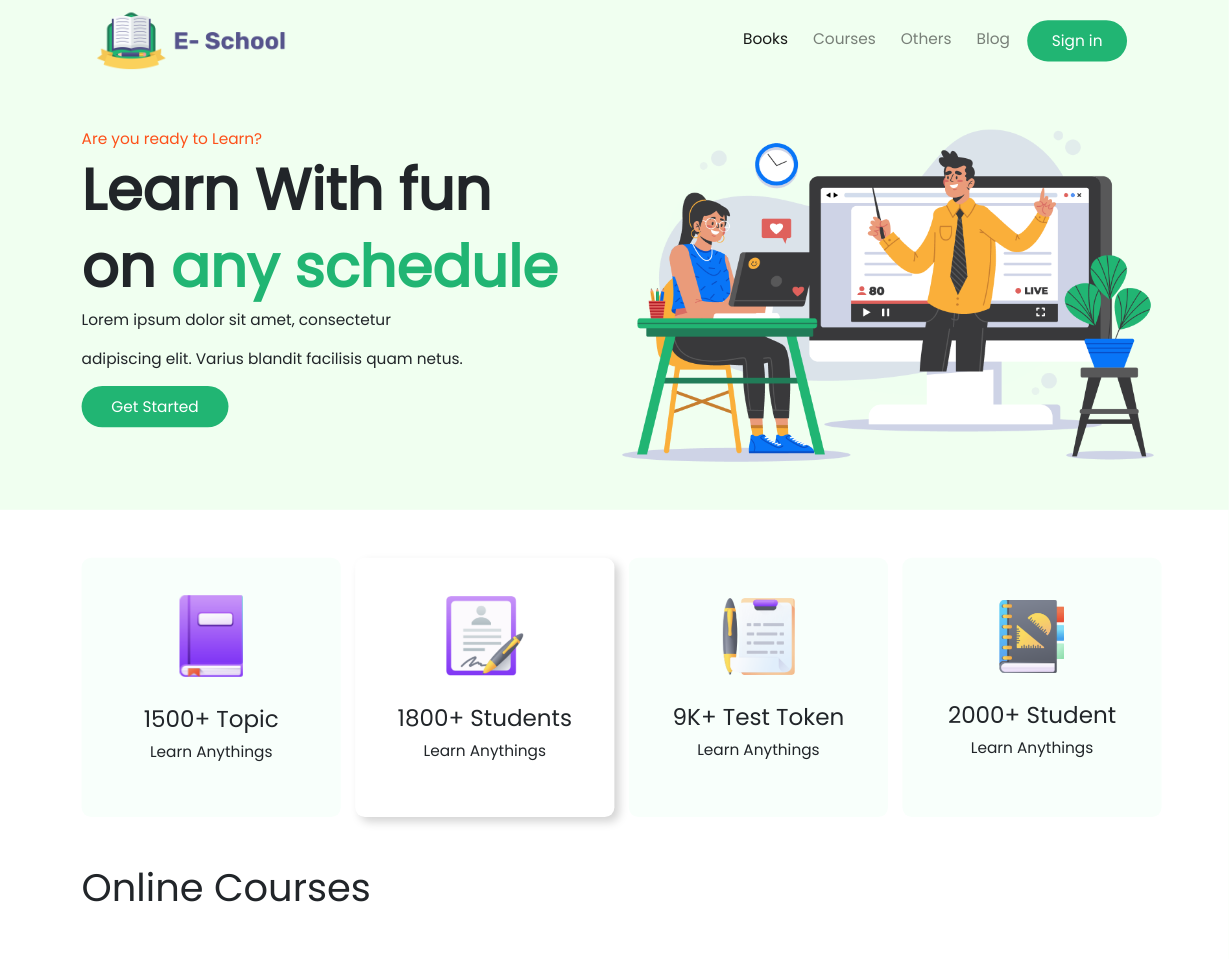
Repository: mohsinfarabi/e-school
Page: index.html
An editor plug-in stored every save of this project. The page is shown before and after the next save, followed by the edit.
The browser window is 1280 px wide. The pictures show the whole page, at 96% of full size.

Above is the page before, as saved 2020-07-08 18:58:29.

### index.html
<!DOCTYPE html>
<html lang="en">

<head>
    <meta charset="UTF-8">
    <meta name="viewport" content="width=device-width, initial-scale=1.0">
    <link rel="stylesheet" href="css/bootstrap/css/bootstrap.min.css">
    <link rel="stylesheet" href="style.css">
    <link href="https://fonts.googleapis.com/css2?family=Poppins" rel="stylesheet">
    <title>E-School</title>
</head>

<body>
    <section class="top-part">
        <div class="container">
            <nav class="navbar navbar-expand-lg navbar-light bg-transparent">
                <a class="navbar-brand" href="#"><img src="images/icon/Logo.png " alt=" "></a>
                </a>
                <button class="navbar-toggler" type="button" data-toggle="collapse" data-target="#navbarNav" aria-controls="navbarNav" aria-expanded="false" aria-label="Toggle navigation">
                  <span class="navbar-toggler-icon"></span>
                </button>

                <div class="collapse navbar-collapse" id="navbarNav">
                    <ul class="navbar-nav ml-auto">
                        <li class="nav-item active ">
                            <a class="nav-link " href="#books ">Books</a>
                        </li>
                        <li class="nav-item ">
                            <a class="nav-link " href="#courses ">Courses</a>
                        </li>
                        <li class="nav-item ">
                            <a class="nav-link " href="#others ">Others</a>
                        </li>
                        <li class="nav-item ">
                            <a class="nav-link " href="#blog ">Blog</a>
                        </li>
                        <li class="nav-item ">
                            <button class="sign-in">Sign in</button>
                        </li>

                    </ul>
                </div>

            </nav>
        </div>
        <div class="container">
            <div class="row top">
                <div class="col-md-6">

                    <h5>Are you ready to Learn?</h5>
                    <h1>Learn With fun </h1>
                    <h1>on <span class="highlight"> any schedule</span></h1>

                    <p>Lorem ipsum dolor sit amet, consectetur </p>
                    <p>adipiscing elit. Varius blandit facilisis quam netus.</p>

                    <button class="get-started">Get Started</button>

                </div>
                <div class="col-md-6 d-flex justify-content-center">

                    <img src="images/Photos/Illustration.png" alt="">
                </div>
            </div>
        </div>
    </section>

    <div class="container">
        <div class="row">
            <div class="col-md-3">
                <div class="cat1 d-flex flex-column justify-content-center align-items-center">

                    <img src="images/icon/book.png" alt="">

                    <h4>1500+ Topic</h4>
                    <p>Learn Anythings</p>
                </div>
            </div>
            <div class="col-md-3">
                <div class="cat2 d-flex flex-column justify-content-center align-items-center">

                    <img src="images/icon/Student.png" alt="">

                    <h4>1800+ Students</h4>
                    <p>Learn Anythings</p>
                </div>
            </div>
            <div class="col-md-3">
                <div class="cat3 d-flex flex-column justify-content-center align-items-center">

                    <img src="images/icon/Test.png" alt="">

                    <h4>9K+ Test Token</h4>
                    <p>Learn Anythings</p>
                </div>
            </div>
            <div class="col-md-3">
                <div class="cat4 d-flex flex-column justify-content-center align-items-center">

                    <img src="images/icon/Students.png" alt="">

                    <h4>2000+ Student</h4>
                    <p>Learn Anythings</p>

                </div>
            </div>
        </div>
    </div>

    <div class="container course">
        <h1>Online Courses</h1>
    </div>












    <script src="https://code.jquery.com/jquery-3.5.1.slim.min.js " integrity="sha384-DfXdz2htPH0lsSSs5nCTpuj/zy4C+OGpamoFVy38MVBnE+IbbVYUew+OrCXaRkfj " crossorigin="anonymous "></script>
    <script src="https://cdn.jsdelivr.net/npm/popper.js@1.16.0/dist/umd/popper.min.js " integrity="sha384-Q6E9RHvbIyZFJoft+2mJbHaEWldlvI9IOYy5n3zV9zzTtmI3UksdQRVvoxMfooAo " crossorigin="anonymous "></script>
    <script src="https://stackpath.bootstrapcdn.com/bootstrap/4.5.0/js/bootstrap.min.js " integrity="sha384-OgVRvuATP1z7JjHLkuOU7Xw704+h835Lr+6QL9UvYjZE3Ipu6Tp75j7Bh/kR0JKI " crossorigin="anonymous "></script>
</body>

</html>

### style.css
body {
    font-family: 'Poppins', sans-serif;
}

.container {
    margin-bottom: 50px;
}

.top-part {
    background-color: #F0FFF0;
}

.bg-light {
    background-color: #F0FFF0;
}

.navbar img {
    width: 198.07px;
    height: 59px;
}

.nav-item {
    padding: 5px;
    color: black;
}

.sign-in {
    width: 104px;
    height: 43px;
    border: none;
    background: #21B573;
    border-radius: 33px;
    color: white;
}

.top {
    padding-bottom: 50px;
}

.top h5 {
    font-size: medium;
    color: #FD511A;
}

.top h1 {
    font-weight: 900;
    font-size: 60px;
}

.top img {
    width: 554px;
    height: 346px;
}

.highlight {
    color: #21B573;
}

.get-started {
    width: 153px;
    height: 43px;
    border: none;
    background: #21B573;
    border-radius: 33px;
    color: white;
}

.cat h4 {
    font-weight: 700;
}

.cat1,
.cat2,
.cat3,
.cat4 {
    width: 270px;
    height: 270px;
    padding: 10px 30px;
    border-radius: 10px;
    border: none;
}

.cat2 {
    box-shadow: 5px 5px 10px lightgray;
}

.cat1,
.cat3,
.cat4 {
    background-color: #F8FFFB;
}

.cat1 img {
    width: 66px;
    height: 85px;
    margin-bottom: 30px;
}

.cat2 img {
    width: 80px;
    height: 83px;
    margin-bottom: 30px;
}

.cat3 img {
    width: 75px;
    height: 80px;
    margin-bottom: 30px;
}

.cat4 img {
    width: 68px;
    height: 76px;
    margin-bottom: 30px;
}

Loaded but not shown: css/bootstrap/css/bootstrap.min.css (library)

After the next save:
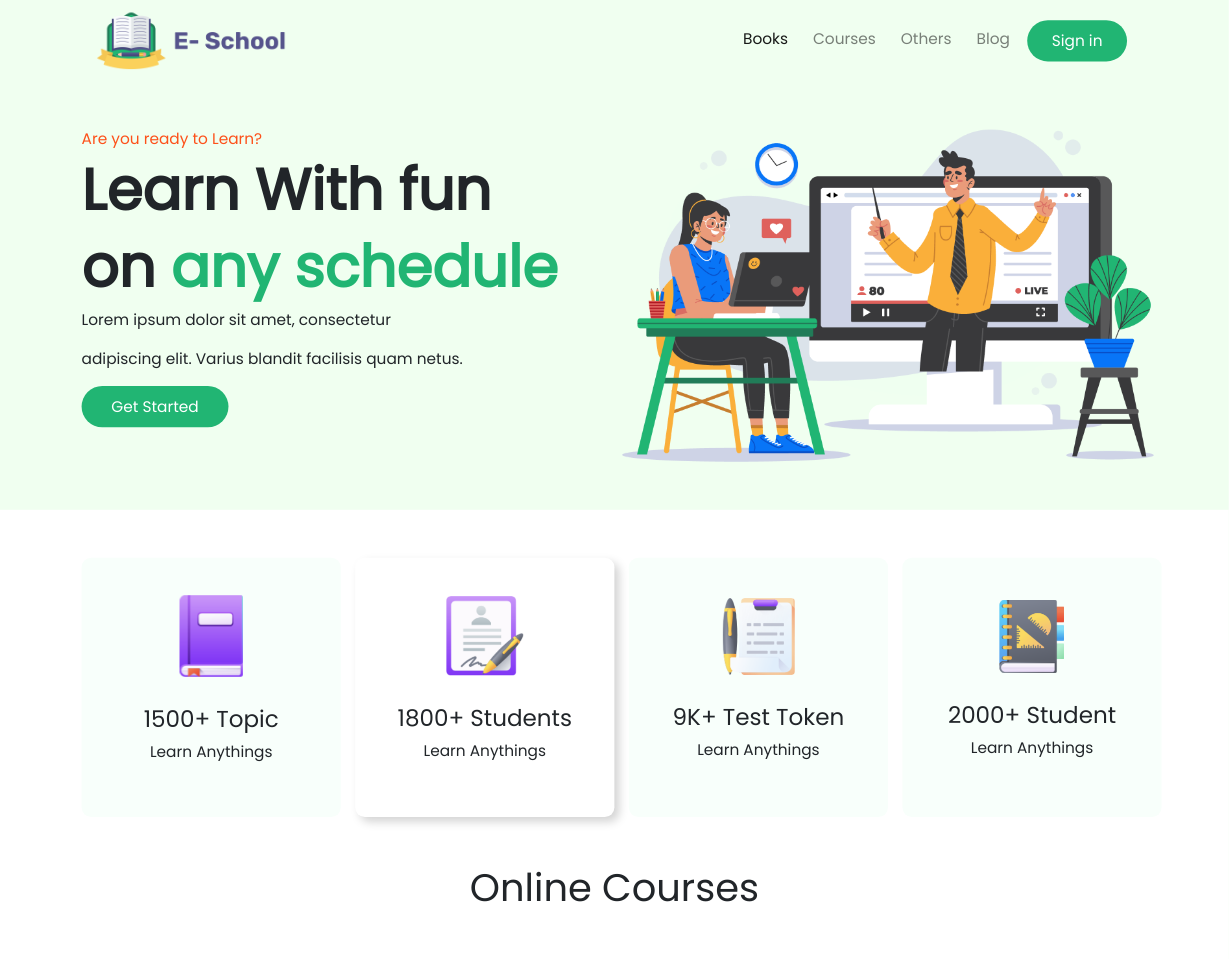
Saved 14 s later.
--- a/style.css
+++ b/style.css
@@ -113,3 +113,7 @@ body {
     height: 76px;
     margin-bottom: 30px;
 }
+
+.course h1 {
+    text-align: center;
+}
